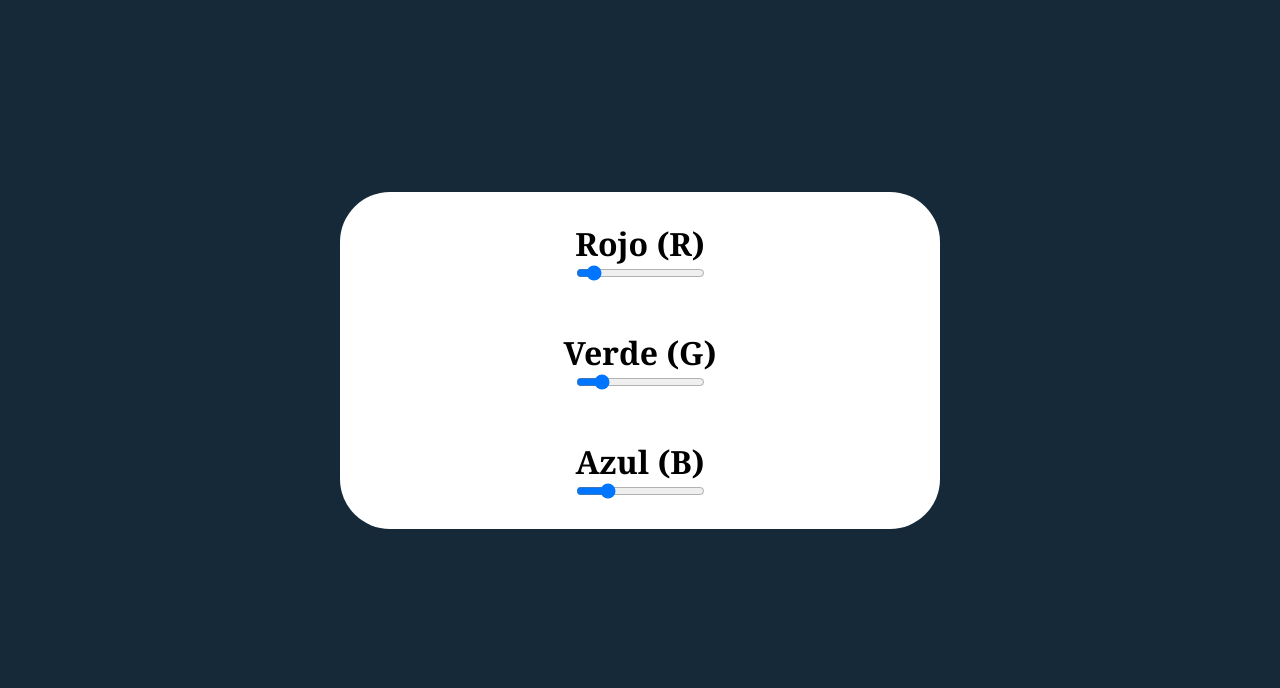
Repository: JoyMoGas/javascript-learn
Page: colores-regb-input/index.html
The author's editor kept a copy of each file at every save. The page is drawn from the files as they stood at one save, then again after the next save.
The browser window is 1280 px wide. The pictures show the whole page.

Above is the page before, as saved 2024-05-09 16:17:33.

### colores-regb-input/index.html
<!DOCTYPE html>
<html lang="es">
<head>
    <meta charset="UTF-8">
    <meta name="viewport" content="width=device-width, initial-scale=1.0">
    <link rel="stylesheet" href="styles.css">
    <title>Colores RGB</title>
</head>
<body>
    <div class="contenedor-principal">
        <div class="contenedor-interno">
            <div class="color">
                <label for="rojo">Rojo (R)</label>
                <input id="rojo" type="range" min="0" max="255" value="23" step="1">
                <p id="texto-rojo"></p>
            </div>
            <div class="color">
                <label for="verde">Verde (G)</label>
                <input id="verde" type="range" min="0" max="255" value="41" step="1">
                <p id="texto-verde"></p>
            </div>
            <div class="color">
                <label for="azul">Azul (B)</label>
                <input id="azul" type="range" min="0" max="255" value="56" step="1">
                <p id="texto-azul"></p>
            </div>
        </div>
    </div>
    <script src="app.js"></script>
</body>
</html>

### colores-regb-input/styles.css
/* Estilos generales */
 * {
    margin: 0;
    padding: 0;
}

body {
    height: 100vh;
    display: flex;
    justify-content: center;
    align-items: center;
    text-align: center;
    background-color: rgb(21, 41, 56);
}

/* Contenedores */

.contenedor-principal {
    width: 50vw;
    max-width: 600px;
    min-width: 350px;
    display: flex;
    flex-wrap: wrap;
    justify-content: center;
    align-items: center;
    background-color: white;
    border-radius: 50px;
}

/* Colores RGB */
.color {
    padding: 20px;
    margin: 10px;
    font-size: 2em;
    font-weight: bold;
    font-family: Georgia, 'Times New Roman', Times, serif;
    display: flex;
    flex-direction: column;
    justify-content: space-around;
    align-items: center;
}

Loaded but not shown: colores-regb-input/app.js (no stored copy; drawn as an empty file)

After the next save:
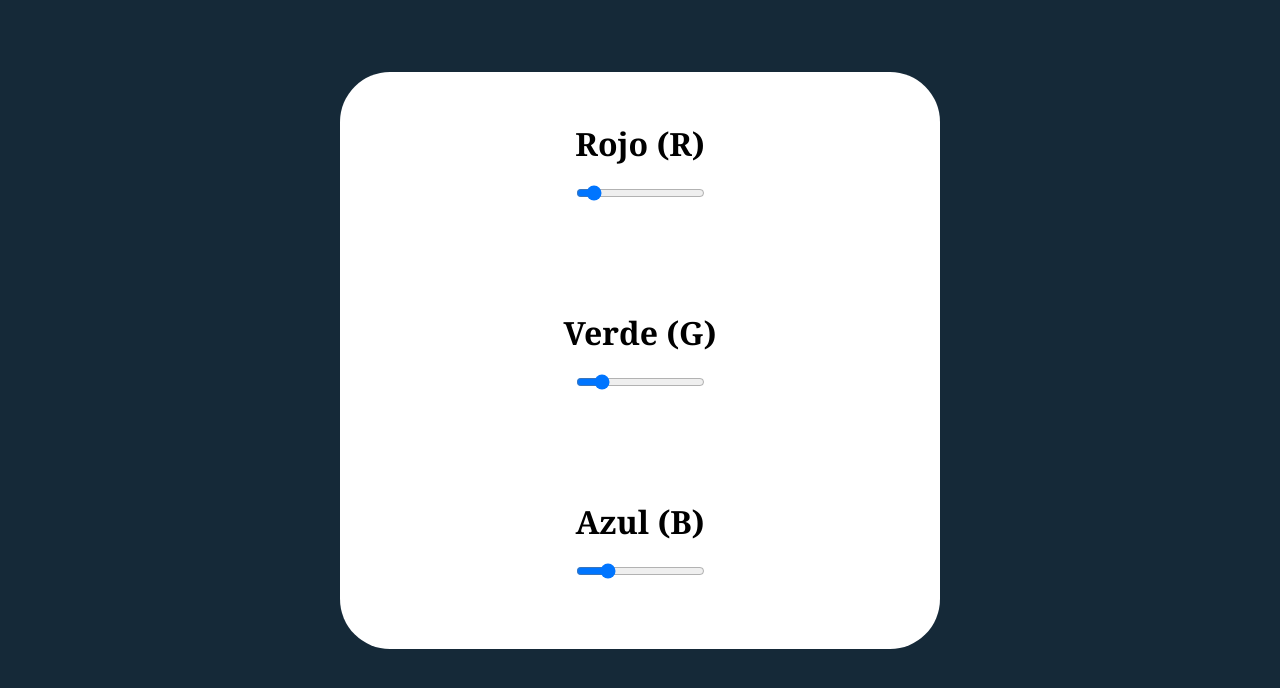
Saved 31 s later.
--- a/colores-regb-input/styles.css
+++ b/colores-regb-input/styles.css
@@ -39,3 +39,7 @@
     justify-content: space-around;
     align-items: center;
 }
+
+label, p {
+    margin: 20px;
+}
